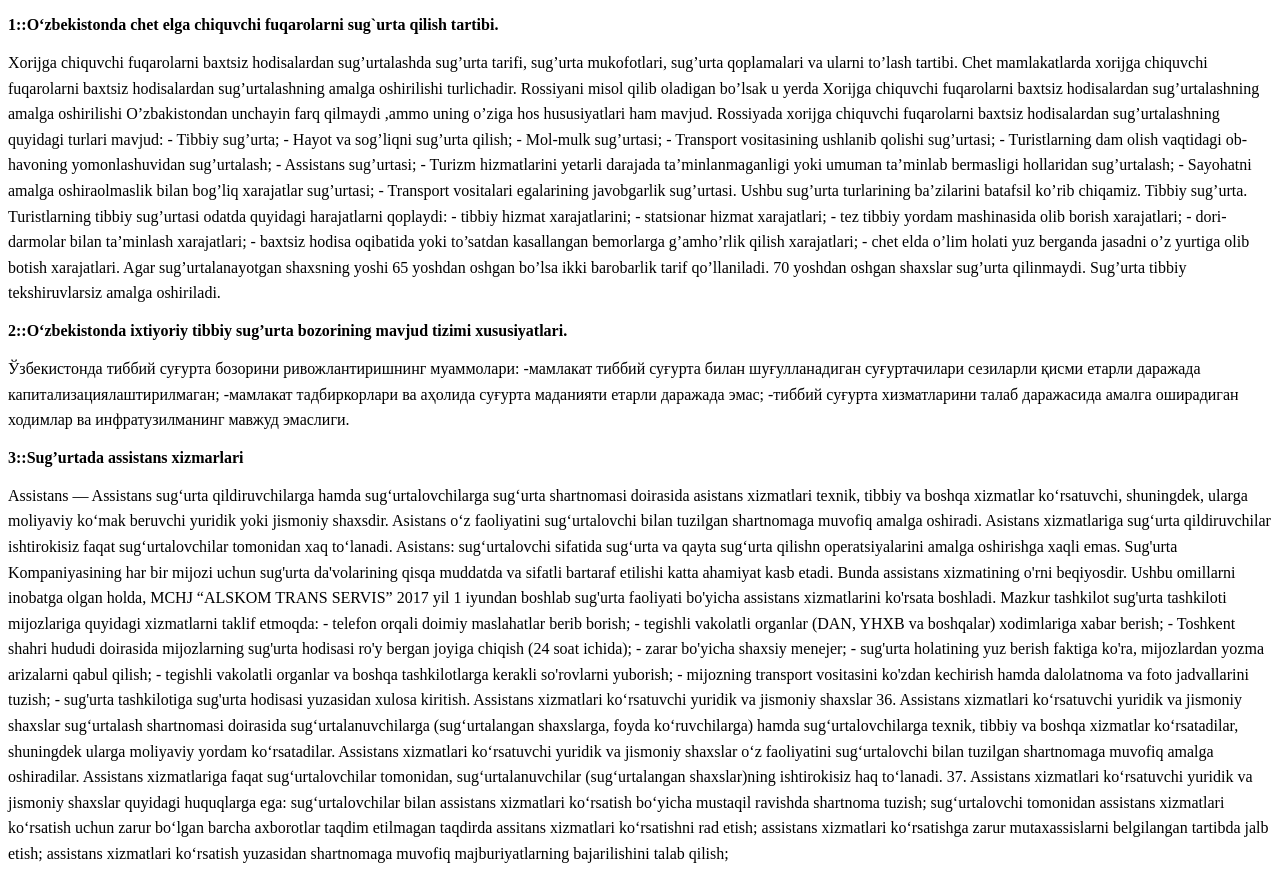
Repository: Ikromkhurozov/exam-inst
Page: index.html
These files come from the project's save history. The page is drawn as it stood at one moment and after the next save; the edit follows.
The browser window is 1280 px wide. The pictures show the whole page.

Above is the page before, as saved 2023-05-21 15:05:49.

After the next save:
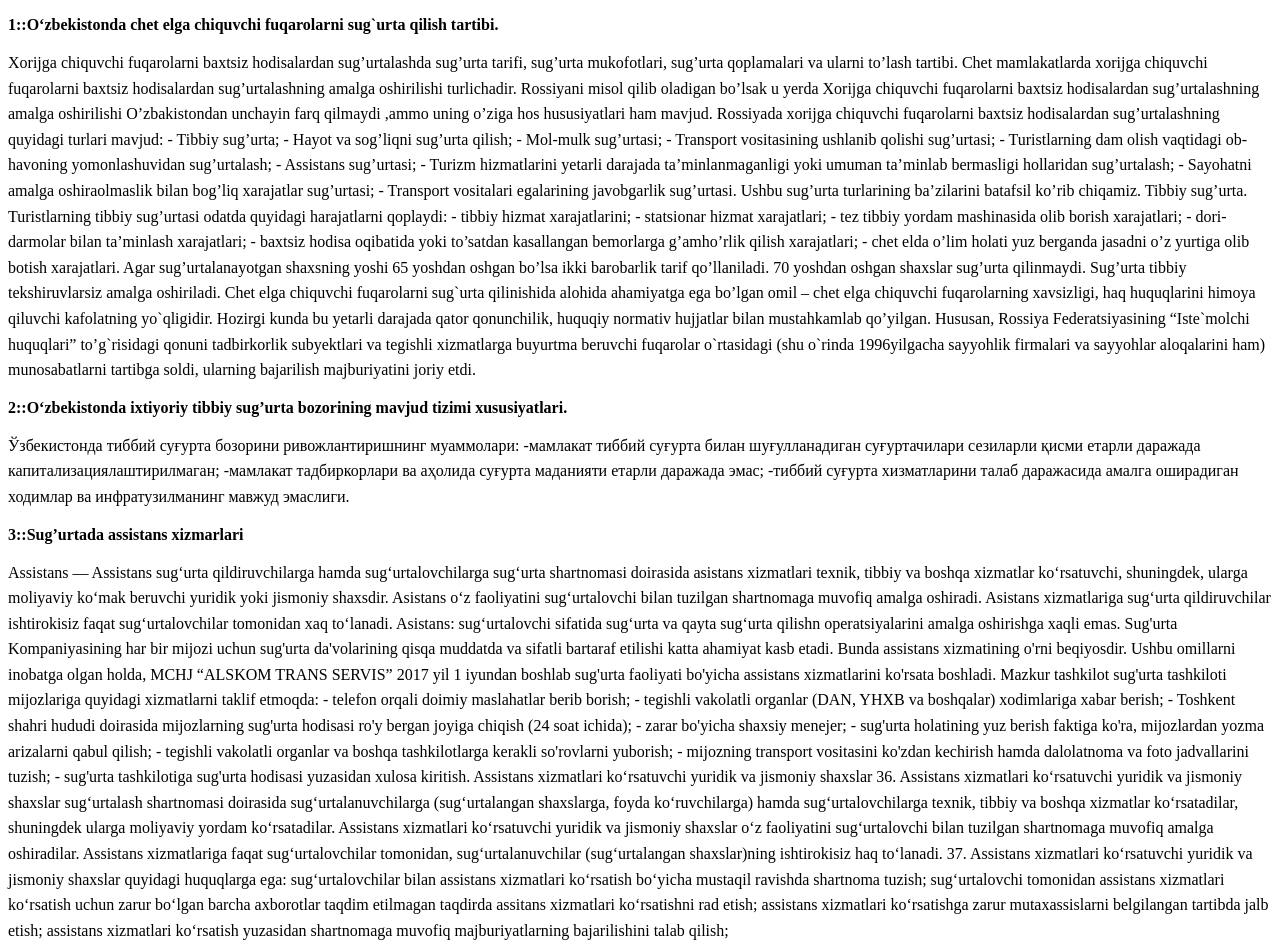
Saved 25 min 50 s later.
--- a/index.html
+++ b/index.html
@@ -49,6 +49,10 @@
       Agar sug’urtalanayotgan shaxsning yoshi 65 yoshdan oshgan bo’lsa ikki barobarlik tarif
       qo’llaniladi.  70  yoshdan  oshgan  shaxslar  sug’urta  qilinmaydi.  Sug’urta  tibbiy  tekshiruvlarsiz
       amalga oshiriladi.
+
+      Chet elga chiquvchi fuqarolarni sug`urta qilinishida alohida ahamiyatga ega bo’lgan omil – chet elga chiquvchi fuqarolarning xavsizligi, haq huquqlarini himoya qiluvchi kafolatning yo`qligidir.
+
+Hozirgi kunda bu yetarli darajada qator qonunchilik, huquqiy normativ hujjatlar bilan mustahkamlab qo’yilgan. Hususan, Rossiya Federatsiyasining “Iste`molchi huquqlari” to’g`risidagi qonuni tadbirkorlik subyektlari va tegishli xizmatlarga buyurtma beruvchi fuqarolar o`rtasidagi (shu o`rinda 1996yilgacha sayyohlik firmalari va sayyohlar aloqalarini ham) munosabatlarni tartibga soldi, ularning bajarilish majburiyatini joriy etdi.
 
 
 
